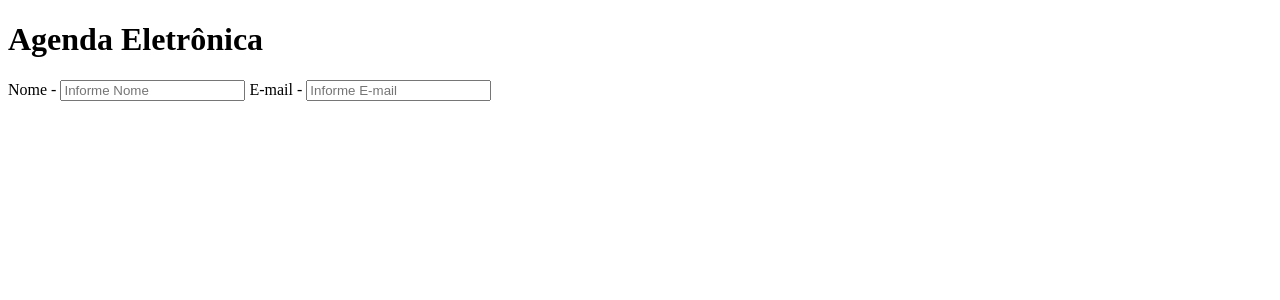
Repository: SrLucasGaldinor/Aulas-MVC-Spring
Page: http://localhost/Aula2/
An editor plug-in stored every save of this project. The page is shown before and after the next save, followed by the edit.
The browser window is 1280 px wide. The pictures show the whole page.
The page is served by Tomcat 9.

Above is the page before, as saved 2023-12-12 13:03:47.

After the next save:
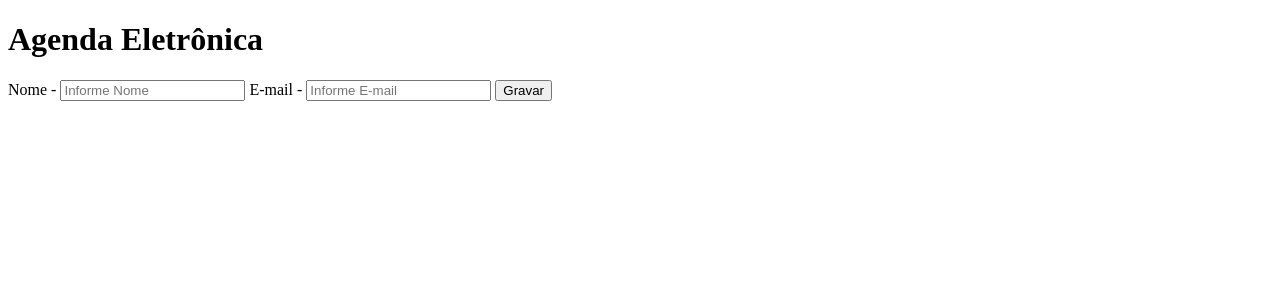
Saved 19 s later.
--- a/MVC/Aula2/src/main/webapp/index.jsp
+++ b/MVC/Aula2/src/main/webapp/index.jsp
@@ -17,6 +17,7 @@
 			<label>E-mail - </label>
 			<input type="text" placeholder="Informe E-mail" name="email">
 
+			<button>Gravar</button>
 		</form>
 	</div>
 </body>
